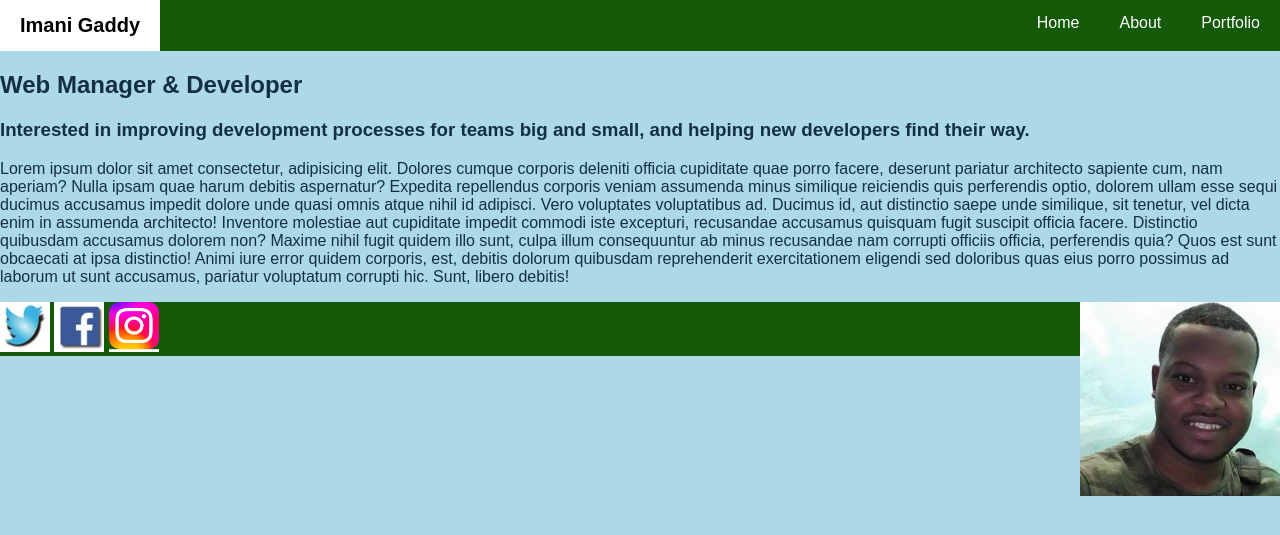
Repository: website-dev-team/website-repo
Page: personal_site/home.html
These files come from the project's save history. The page is drawn as it stood at one moment and after the next save; the edit follows.
The browser window is 1280 px wide. The pictures show the whole page.

Above is the page before, as saved 2024-07-16 05:13:30.

### personal_site/home.html
<!DOCTYPE html>
<html lang="en">
<head>
    <meta charset="UTF-8">
    <meta name="viewport" content="width=device-width, initial-scale=1.0">
    <title>My Personal Website</title>
    <link rel="stylesheet" href="style.css">
</head>
<body>
<header>
    <nav class="navbar">
        <a class="logo" href="#">Imani Gaddy</a>
        <a href="./portfolio.html" class="nav-item">Portfolio</a>
        <a href="./about.html" class="nav-item">About</a>
        <a href="./home.html" class="nav-item">Home</a>
    </nav>
</header>

<section class="boxw"><h2>Web Manager & Developer</h2></section>
<div>
    <section class="box">
        <section class="box2"><h3>Interested in improving development processes for teams big and small, and helping new developers find their way.</h3>
    <p>Lorem ipsum dolor sit amet consectetur, adipisicing elit. Dolores cumque corporis deleniti officia cupiditate quae porro facere, deserunt pariatur architecto sapiente cum, nam aperiam? Nulla ipsam quae harum debitis aspernatur?
    Expedita repellendus corporis veniam assumenda minus similique reiciendis quis perferendis optio, dolorem ullam esse sequi ducimus accusamus impedit dolore unde quasi omnis atque nihil id adipisci. Vero voluptates voluptatibus ad.
    Ducimus id, aut distinctio saepe unde similique, sit tenetur, vel dicta enim in assumenda architecto! Inventore molestiae aut cupiditate impedit commodi iste excepturi, recusandae accusamus quisquam fugit suscipit officia facere.
    Distinctio quibusdam accusamus dolorem non? Maxime nihil fugit quidem illo sunt, culpa illum consequuntur ab minus recusandae nam corrupti officiis officia, perferendis quia? Quos est sunt obcaecati at ipsa distinctio!
    Animi iure error quidem corporis, est, debitis dolorum quibusdam reprehenderit exercitationem eligendi sed doloribus quas eius porro possimus ad laborum ut sunt accusamus, pariatur voluptatum corrupti hic. Sunt, libero debitis!</p>
        <img src="Profile.png" alt="Profile Image" class="float-left" width="200">
        </section>
</div>
<footer>
    <nav class="navbar">
        <img src="twitter.jpg" alt="insta" width="50" height="50">
        <img src="facebook.jpg" alt="insta" width="50" height="50">
        <img src="instagram.png" alt="insta" width="50" height="50">

    </nav>
</footer>

</body>
</html>

### personal_site/style.css
body {
    margin: 0;
    font-family: Arial, Helvetica, sans-serif;
    background-color: #add8e6;
    color: #132f46;

}

.navbar {
    background-color: #145a08;
    overflow: hidden;
}

.navbar a {
    display: inline-block;
    text-decoration: none;
    text-align: center;
    padding: 14px 20px;
    color: white;
}

.navbar a:hover {
    background-color: white;
    color: black;
}

.navbar .logo {
    font-size: 20px;
    font-weight: bold;
    float: left;
}

.navbar .nav-item {
    float: right;
}

.float-left {
    float: right;
}

After the next save:
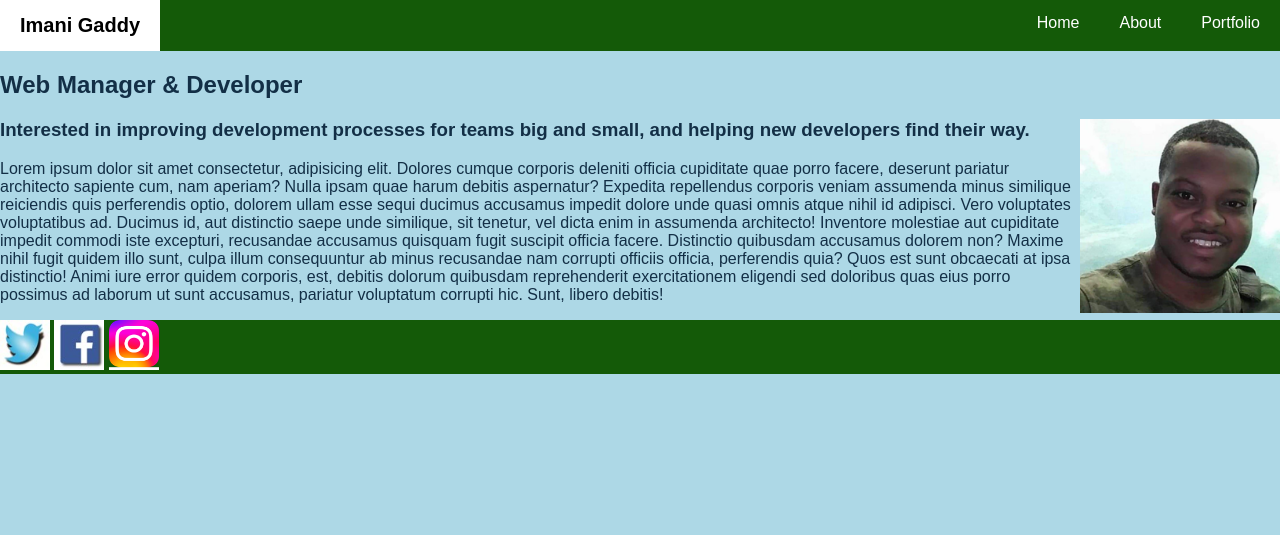
Saved 2 min 14 s later.
--- a/personal_site/home.html
+++ b/personal_site/home.html
@@ -19,13 +19,14 @@
 <section class="boxw"><h2>Web Manager & Developer</h2></section>
 <div>
     <section class="box">
+        <img src="Profile.png" alt="Profile Image" class="float-left" width="200">
         <section class="box2"><h3>Interested in improving development processes for teams big and small, and helping new developers find their way.</h3>
     <p>Lorem ipsum dolor sit amet consectetur, adipisicing elit. Dolores cumque corporis deleniti officia cupiditate quae porro facere, deserunt pariatur architecto sapiente cum, nam aperiam? Nulla ipsam quae harum debitis aspernatur?
     Expedita repellendus corporis veniam assumenda minus similique reiciendis quis perferendis optio, dolorem ullam esse sequi ducimus accusamus impedit dolore unde quasi omnis atque nihil id adipisci. Vero voluptates voluptatibus ad.
     Ducimus id, aut distinctio saepe unde similique, sit tenetur, vel dicta enim in assumenda architecto! Inventore molestiae aut cupiditate impedit commodi iste excepturi, recusandae accusamus quisquam fugit suscipit officia facere.
     Distinctio quibusdam accusamus dolorem non? Maxime nihil fugit quidem illo sunt, culpa illum consequuntur ab minus recusandae nam corrupti officiis officia, perferendis quia? Quos est sunt obcaecati at ipsa distinctio!
     Animi iure error quidem corporis, est, debitis dolorum quibusdam reprehenderit exercitationem eligendi sed doloribus quas eius porro possimus ad laborum ut sunt accusamus, pariatur voluptatum corrupti hic. Sunt, libero debitis!</p>
-        <img src="Profile.png" alt="Profile Image" class="float-left" width="200">
+
         </section>
 </div>
 <footer>
